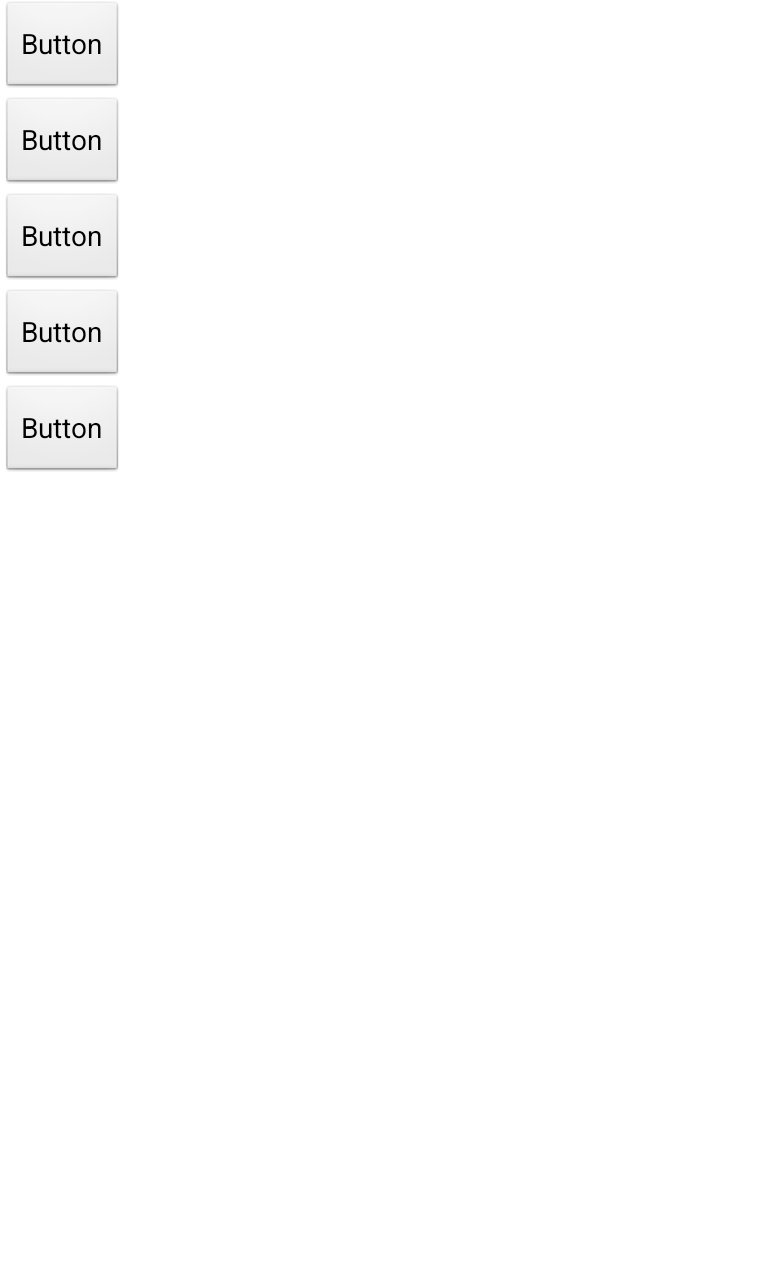
Repository: matiasmasca/proyectosEclipse
Layout: practica/practica4/res/layout/main_activity.xml
These files come from the project's save history. The layout is drawn as it stood at one moment and after the next save; the edit follows.
It is drawn on a 768 x 1280 px phone screen (xhdpi) without system bars, with theme AppTheme; the app's code is not run.

Above is the layout before, as saved 2014-06-23 17:58:52.

### practica/practica4/res/layout/main_activity.xml
<?xml version="1.0" encoding="utf-8"?>
<LinearLayout xmlns:android="http://schemas.android.com/apk/res/android"
    android:layout_width="match_parent"
    android:layout_height="match_parent"
    android:orientation="vertical" >

    <LinearLayout
        android:layout_width="match_parent"
        android:layout_height="wrap_content"
        android:orientation="vertical" >
    </LinearLayout>

       <Button
        android:id="@+id/main_activity_btnSpiner"
        android:layout_width="wrap_content"
        android:layout_height="wrap_content"
        android:text="Button" />


    <Button
        android:id="@+id/main_activity_btnListView"
        android:layout_width="wrap_content"
        android:layout_height="wrap_content"
        android:text="Button" />

    <Button
        android:id="@+id/main_activity_btnGridView"
        android:layout_width="wrap_content"
        android:layout_height="wrap_content"
        android:text="Button" />

    <Button
        android:id="@+id/main_activity_btnSalir"
        android:layout_width="wrap_content"
        android:layout_height="wrap_content"
        android:text="Button" />

    <Button
        android:id="@+id/button4"
        android:layout_width="wrap_content"
        android:layout_height="wrap_content"
        android:text="Button" />

</LinearLayout>

Loaded but not shown: practica/practica4/res/values/styles.xml (common file)

After the next save:
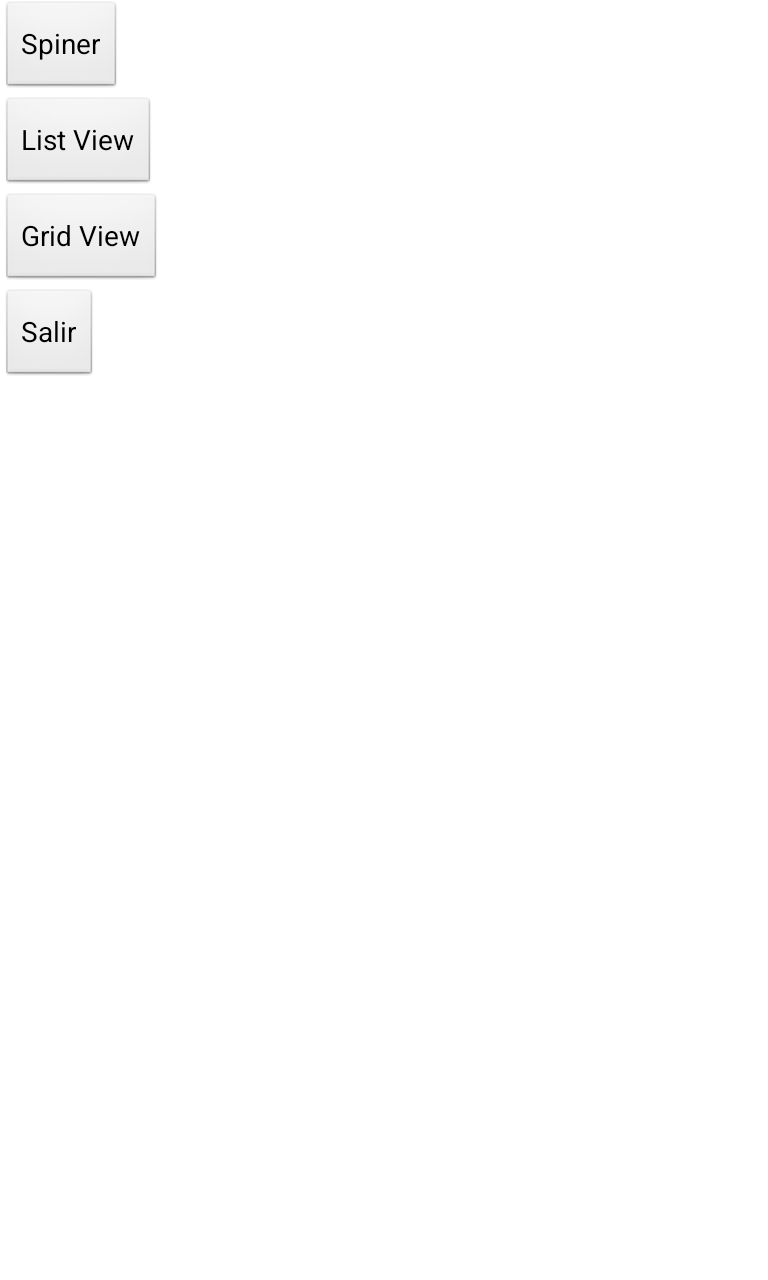
Saved 38 s later.
--- a/practica/practica4/res/layout/main_activity.xml
+++ b/practica/practica4/res/layout/main_activity.xml
@@ -14,31 +14,26 @@
         android:id="@+id/main_activity_btnSpiner"
         android:layout_width="wrap_content"
         android:layout_height="wrap_content"
-        android:text="Button" />
+        android:text="Spiner" />
 
 
     <Button
         android:id="@+id/main_activity_btnListView"
         android:layout_width="wrap_content"
         android:layout_height="wrap_content"
-        android:text="Button" />
+        android:text="List View" />
 
     <Button
         android:id="@+id/main_activity_btnGridView"
         android:layout_width="wrap_content"
         android:layout_height="wrap_content"
-        android:text="Button" />
+        android:text="Grid View" />
 
     <Button
         android:id="@+id/main_activity_btnSalir"
         android:layout_width="wrap_content"
         android:layout_height="wrap_content"
-        android:text="Button" />
+        android:text="Salir" />
 
-    <Button
-        android:id="@+id/button4"
-        android:layout_width="wrap_content"
-        android:layout_height="wrap_content"
-        android:text="Button" />
 
 </LinearLayout>
